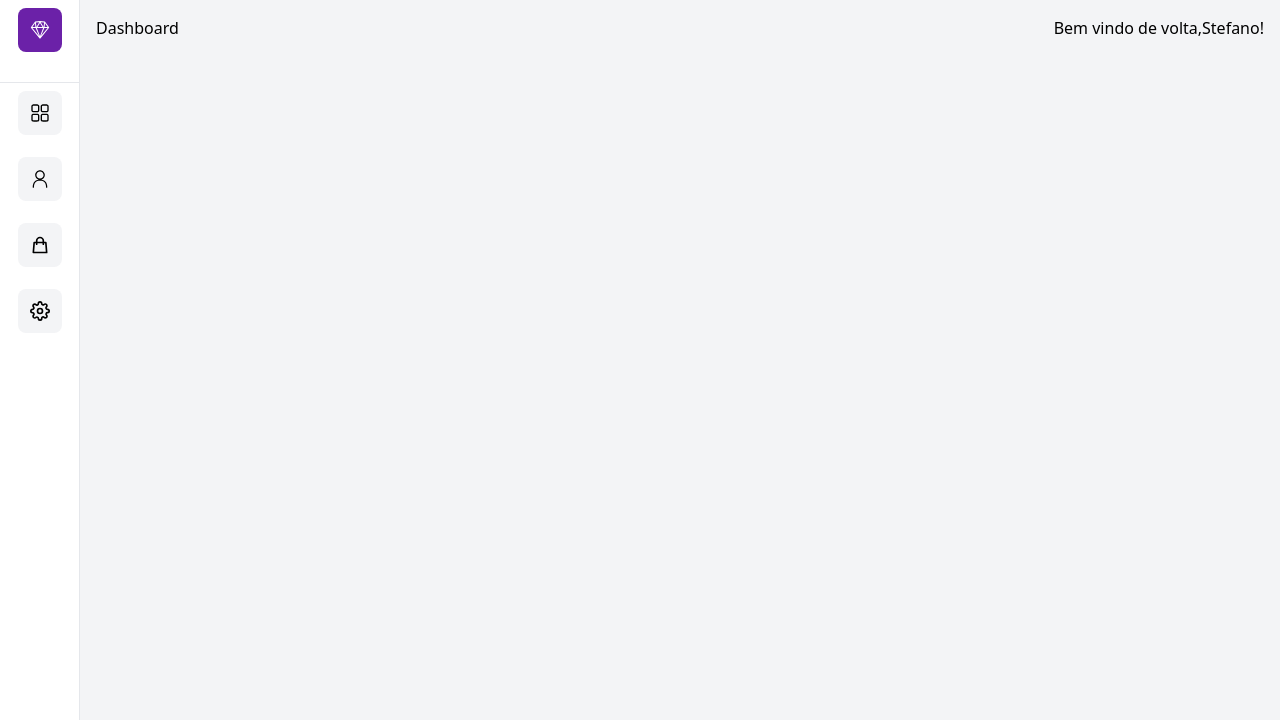
Repository: stefanosousaa/dashboard-next13
Page: /
The author's editor kept a copy of each file at every save. The page is drawn from the files as they stood at one save, then again after the next save.
The browser window is 1280 px wide. The pictures show the whole page.
The project was rebuilt for these pictures with package versions that can differ from the ones it lists, and the page was loaded fresh each time. The framework's server and built-in components were replaced by stand-ins that run in the browser. Also part of the build but not shown: next.config.js.

Above is the page before, as saved 2023-05-11 22:57:27.

### pages/_app.js
import Sidebar from '@/components/Sidebar'
import '@/styles/globals.css'

export default function App({ Component, pageProps }) {
  return (
    <Sidebar>
        <Component {...pageProps} />
    </Sidebar>

  )
}

### pages/index.js
import Header from '../components/Header';
import Head from 'next/head';

export default function Home() {
  return (
    <>
      <Head>
        <title>Create Next App</title>
        <meta name="description" content="Generated by create next app" />
        <meta name="viewport" content="width=device-width, initial-scale=1" />
        <link rel="icon" href="/favicon.ico" />
      </Head>

      <main className='bg-gray-100 min-h-screen'>
        <Header/>
      </main>

    </>
  );
};

### components/Sidebar.jsx
import Link from 'next/link'
import Image from 'next/image'
import React from 'react'
import {RxSketchLogo,RxDashboard, RxPerson} from 'react-icons/rx'
import {FiSettings} from 'react-icons/fi'
import {HiOutlineShoppingBag} from 'react-icons/hi'

const Sidebar = ({children}) => {
  return (
    <div className='flex'>
        <div className='fixed w-20 h-screen bg-white border-r-[1px] flex flex-col justify-between'>
        <div className='flex flex-col items-center'>

          <Link href='/'>
            <div className='bg-purple-800 text-white my-2 p-3 rounded-lg inline-block'>
              <RxSketchLogo size={20}/>
            </div>
          </Link>
          <span className='border-b-[1px] border-gray-200 w-full p-2'></span>
          <Link href='/'>
            <div className='bg-gray-100 hover:bg-gray-200 cursor-pointer my-2 p-3 rounded-lg inline-block'>
              <RxDashboard size={20}/>
            </div>
          </Link>
          <Link href='/costumerd'>
            <div className='bg-gray-100 hover:bg-gray-200 cursor-pointer my-2 p-3 rounded-lg inline-block'>
              <RxPerson size={20}/>
            </div>
          </Link>
          <Link href='/orders'>
            <div className='bg-gray-100 hover:bg-gray-200 cursor-pointer my-2 p-3 rounded-lg inline-block'>
              <HiOutlineShoppingBag size={20}/>
            </div>
          </Link>
          <Link href='/'>
            <div className='bg-gray-100 hover:bg-gray-200 cursor-pointer my-2 p-3 rounded-lg inline-block'>
              <FiSettings size={20}/>
            </div>
          </Link>
        </div>
        </div>

        <main className='ml-20 w-full'>{children}</main>
    </div>
  )
}

export default Sidebar

### components/Header.jsx
import React from 'react'

const Header = () => {
  return (
    <div className='flex justify-between px-4 pt-4'>
        <h2>Dashboard</h2>
        <h2>Bem vindo de volta,Stefano!</h2>
    </div>
  )
}

export default Header

Loaded but not shown: pages/_document.js (common file); pages/api/hello.js (common file); styles/globals.css (common file); tailwind.config.js (common file)

After the next save:
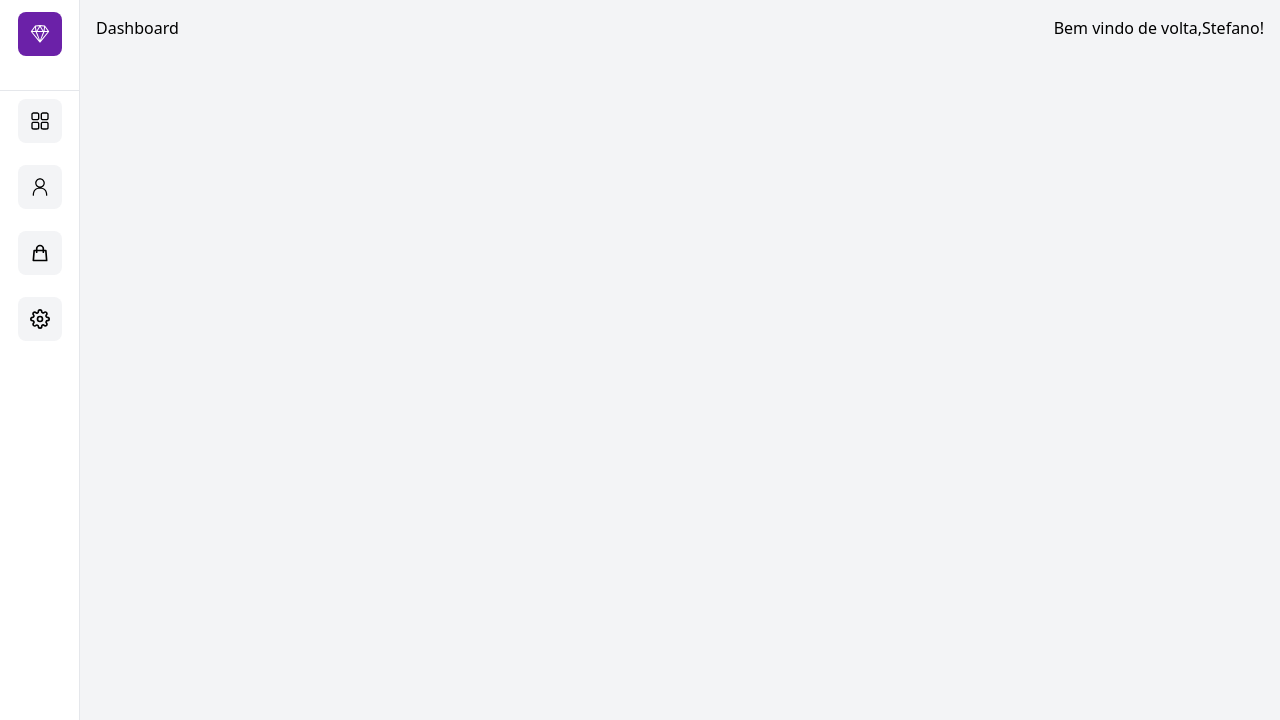
Saved 36 s later.
--- a/components/Sidebar.jsx
+++ b/components/Sidebar.jsx
@@ -12,7 +12,7 @@ const Sidebar = ({children}) => {
         <div className='flex flex-col items-center'>
 
           <Link href='/'>
-            <div className='bg-purple-800 text-white my-2 p-3 rounded-lg inline-block'>
+            <div className='bg-purple-800 text-white my-3 p-3 rounded-lg inline-block'>
               <RxSketchLogo size={20}/>
             </div>
           </Link>
